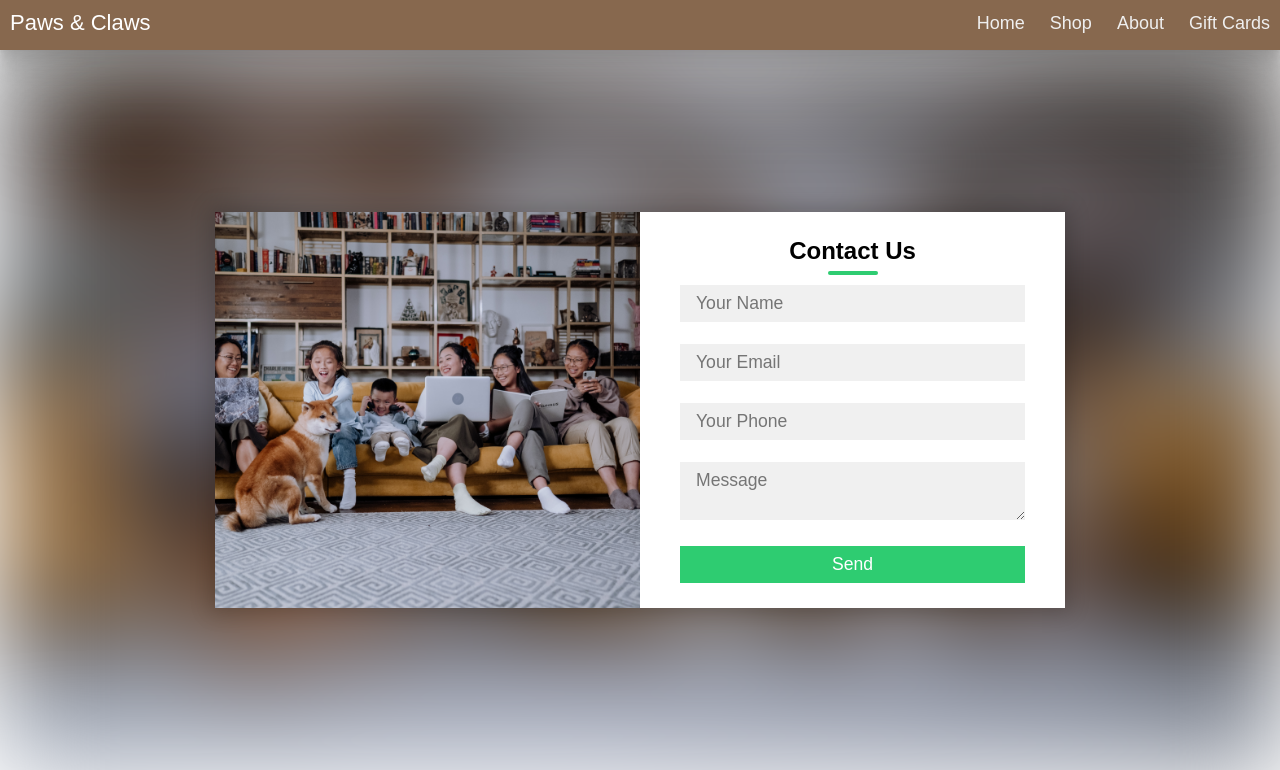
Repository: LtGriff/petProject
Page: dist/contact.html
The author's editor kept a copy of each file at every save. The page is drawn from the files as they stood at one save, then again after a run of saves.
The browser window is 1280 px wide. The pictures show the whole page.

Above is the page before, as saved 2022-05-19 05:03:20.
Console error: SyntaxError: Unexpected token ':'

### dist/contact.html
<!DOCTYPE html>
<html lang="en">
<head>
    <meta charset="UTF-8">
    <meta http-equiv="X-UA-Compatible" content="IE=edge">
    <meta name="viewport" content="width=device-width, initial-scale=1.0">
    <title>Let's Connect!</title>
    <link rel="stylesheet" type="text/css" href="../CSS/contact.css">
</head>
<body>

<!--NAV RIGHT SIDE-->

<div class="nav">
    <input type="checkbox" id="nav-check">
    <div class="nav-header">
      <div class="nav-title">
        Paws & Claws
      </div>
    </div>
    <div class="nav-btn">
      <label for="nav-check">
        <span></span>
        <span></span>
        <span></span>
      </label>
    </div>

    <div class="nav-links">
      <a href="index.html" target="">Home</a>
      <a href="shop.html" target="_blank">Shop</a>
      <a href="about.html" target="_blank">About</a>
      <a href="giftcard.html" target="_blank">Gift Cards</a>
    </div>
  </div>











<!-- partial -->
  <script  src="./script.js"></script>



    <div class="container">
        <div class="contact-box">
        <div class="left"></div>
        <div class="right">
            <h2>Contact Us</h2>
            <input type="text" class="field" placeholder="Your Name">
            <input type="email" class="field" placeholder="Your Email">
            <input type="text" class="field" placeholder="Your Phone">
            <textarea class="field" placeholder="Message"></textarea>
            <button class="btn">Send</button>
        </div>
        </div>
        </div>

</body>
</html>

### dist/CSS/contact.css
*{
    padding: 0;
    margin: 0;
    box-sizing: border-box;
    font-family: 'quicksand', sans-serif;
    box-sizing: border-box;
}

body{
    width: 100%;
    height: 100vh;
}

.container{
    position: relative;
    display: flex;
    justify-content: center;
    align-items: center;
    width: 100%;
    height: 100%;
    padding: 20px 100;
}

.container:after{
    content: '';
    position: absolute;
    left: 0;
    top: 0;
    width: 100%;
    height: 100%;
    background: url("../img/dogphone.jpg") no-repeat center;
    background-size: cover;
    z-index: -100;
    filter: blur(50px);
}

.contact-box{
    max-width: 850px;
    display: grid;
    grid-template-columns: repeat(2,1fr);
    justify-content: center;
    align-items: center;
    text-align: center;
    background-color: #fff;
    box-shadow: 0px 0px 19px 5px rgba(0, 0, 0, 0.19);
}

.left{
    height: 100%;
    background: url("../img/dogphone.jpg") no-repeat center;
    background-size: cover;
}

.right{
    padding: 25px 40px;
}

h2{
    position: relative;
    padding-bottom: 10px;
    margin-bottom: 10px;
}

h2:after{
    content: '';
    position: absolute;
    left: 50%;
    bottom: 0;
    transform: translateX(-50%);
    height: 4px;
    width: 50px;
    border-radius: 2px;
    background-color: #2ecc71;
}

.field{
    width: 100%;
    padding: 0.5rem 1rem;
    outline: none;
    border: 2px; solid rgba(0, 0, 0, 0);
    background-color: rgba(230, 230, 230, 0.6);
    font-size: 1.1rem;
    margin-bottom: 22px;
    transition: .3s;
}

.field:hover{
    background-color: rgba(0, 0, 0, 0.1);
}

.field:focus{
    background-color: #fff;
    border: 2px solid rgba(30, 85, 250, 0.47);

}

.area{
    min-height: 150px;
}

.btn{
    width: 100%;
    padding: 0.5rem 1rem;
    font-size: 1.1rem;
    background-color: #2ecc71;
    cursor: pointer;
    outline: none;
    border: none;
    color: #fff;
    transition: .3s;
}

.btn:hover{
    background-color: #27ae60;
}









/** NAV BAR **/

* {
  box-sizing: border-box;
}

body {
  margin: 0px;
  font-family: 'segoe ui';
}

.nav {
  height: 50px;
  width: 100%;
  background-color: #87684e;

/**
  opacity: .5;
  filter: alpha(opacity=50);
  position: relative;**/
  /* z-index: ; */


  box-shadow:
  0 2.8px 2.2px rgba(0, 0, 0, 0.034),
  0 6.7px 5.3px rgba(0, 0, 0, 0.048),
  0 12.5px 10px rgba(0, 0, 0, 0.06),
  0 22.3px 17.9px rgba(11, 4, 4, 0.072),
  0 41.8px 33.4px rgba(0, 0, 0, 0.086),
  0 100px 80px rgba(0, 0, 0, 0.12);
}

.nav > .nav-header {
  display: inline;
}

.nav > .nav-header > .nav-title {
  display: inline-block;
  font-size: 22px;
  color: #fff;
  padding: 10px 10px 10px 10px;
}

.nav > .nav-btn {
  display: none;
}

.nav > .nav-links {
  display: inline;
  float: right;
  z-index: 9;
  font-size: 18px;
}

.nav > .nav-links > a {
  display: inline-block;
  padding: 13px 10px 13px 10px;
  text-decoration: none;
  color: #efefef;
}

.nav > .nav-links > a:hover {
  background-color: rgba(0, 0, 0, 0.3);
}

.nav > #nav-check {
  display: none;
}

@media (max-width:600px) {
  .nav > .nav-btn {
    display: inline-block;
    position: absolute;
    right: 0px;
    top: 0px;
  }
  .nav > .nav-btn > label {
    display: inline-block;
    width: 50px;
    height: 50px;
    padding: 13px;
  }
  .nav > .nav-btn > label:hover,.nav  #nav-check:checked ~ .nav-btn > label {
    background-color: rgba(0, 0, 0, 0.3);
  }
  .nav > .nav-btn > label > span {
    display: block;
    width: 25px;
    height: 10px;
    border-top: 2px solid #eee;
  }
  .nav > .nav-links {
    position: absolute;
    display: block;
    width: 100%;
    background: rgb(234,212,189);
    background: linear-gradient(7deg, rgba(234,212,189,1) 0%, rgba(204,175,140,1) 24%, rgba(191,161,124,1) 64%, rgba(135,104,78,1) 98%);
    height: 0px;
    transition: all 0.3s ease-in;
    overflow-y: hidden;
    top: 50px;
    left: 0px;
  }
  .nav > .nav-links > a {
    display: block;
    width: 100%;
  }
  .nav > #nav-check:not(:checked) ~ .nav-links {
    height: 0px;
  }
  .nav > #nav-check:checked ~ .nav-links {
    height: calc(28vh - 50px);
    overflow-y: auto;
  }
}

@media screen and (max-width:880px){

    .contact-box{
        grid-template-columns: 1fr;
    }

    .left{
        height: 200px;
    }
}
**/

### dist/script.js
const menuToggle = document.querySelector('.toggle');
      const showcase = document.querySelector('.showcase');

      menuToggle.addEventListener('click', () => {
        menuToggle.classList.toggle('active');
        showcase.classList.toggle('active');
      })

// product shop page images

const shop = [
  {
    image: 'img.catpink.jpg',
    price: '0.56',
    description: "Weruvacat Food"
  },

  {
    image:
    price:
    description:
  },
































]


let postHTML = " ";


for (let i = 0; i < shop.length; i++) {
    let heading = '<div class="product col-sm-6 col-md-4 col-lg-3">';
    let image = '<img class="img-fluid mb-4" src="' + shop[i].image + '"/';
    let price = '<div><p>' + '<span class="price"> $' + shop[i].price + '</span>';
    let description = shop[i].description + '</p><a class="cart" href="#"><i class="fas fa-cart-plus"></i></a> <a class="view" href="#" target="_blank"> View Item</a></div></div>';
    let concatThis = heading + image + price + description;
    postHTML = postHTML + concatThis;
  }
document.getElementById('market').innerHTML = postHTML;

### dist/index.html
<!DOCTYPE html>
<html lang="en" >
<head>
  <meta charset="UTF-8">
  <title>Animal House | Pet Store</title>
  <link rel="stylesheet" href="../CSS/style.css">

</head>
<body>
<!-- partial:index.partial.html -->

  <section class="showcase">
    <header>
      <h2 class="logo">Paws & Claws</h2>
      <div class="toggle"></div>
    </header>
    <video src="../img/dogbeach.mp4" muted loop autoplay></video>
    <div class="overlay"></div>
    <div class="text">
      <h2> </h2>
      <h3>Adopt & Shop</h3>
      <p>Our friendly neighborhood pet store has adoptable pets ranging from guinea pigs, reptiles & fish to kittens, puppies & rabbits. For more than 25 years, we have matched abandoned & surrendered animals with safe & loving caregivers, and we strive to ensure every pet we care for is loved and given the attention they deserve. If you're looking to adopt a pet, there's no better choice than Animal House. We're the pet store with a heart and a conscience..</p>
      <a href="contact.html">Lets Connect</a>
    </div>
    <ul class="social">
      <li><a href="https://www.facebook.com/AnimalHouseCincinnati/">
        <img src="https://i.ibb.co/x7P24fL/facebook.png"></a></li>

      <li><a href="https://twitter.com/SPCACincinnati">
        <img src="https://i.ibb.co/Wnxq2Nq/twitter.png"></a></li>

      <li><a href="https://www.instagram.com/animalhousecincinnati/?hl=en">
        <img src="https://i.ibb.co/ySwtH4B/instagram.png"></a></li>
    </ul>
  </section>


  <!--NAV RIGHT SIDE-->

  <div class="menu">
    <ul>
      <li><a href="shop.html">Shop</a></li>
      <li><a href="about.html">About</a></li>
      <li><a href="contact.html">Contact</a></li>
      <li class="nav-item">
        <a class="nav-link" href="giftcard.html">Gift Cards</a>
    </li>
    </ul>
  </div>
<!-- partial -->
  <script  src="./script.js"></script>


</body>
</html>

After the next 3 saves:
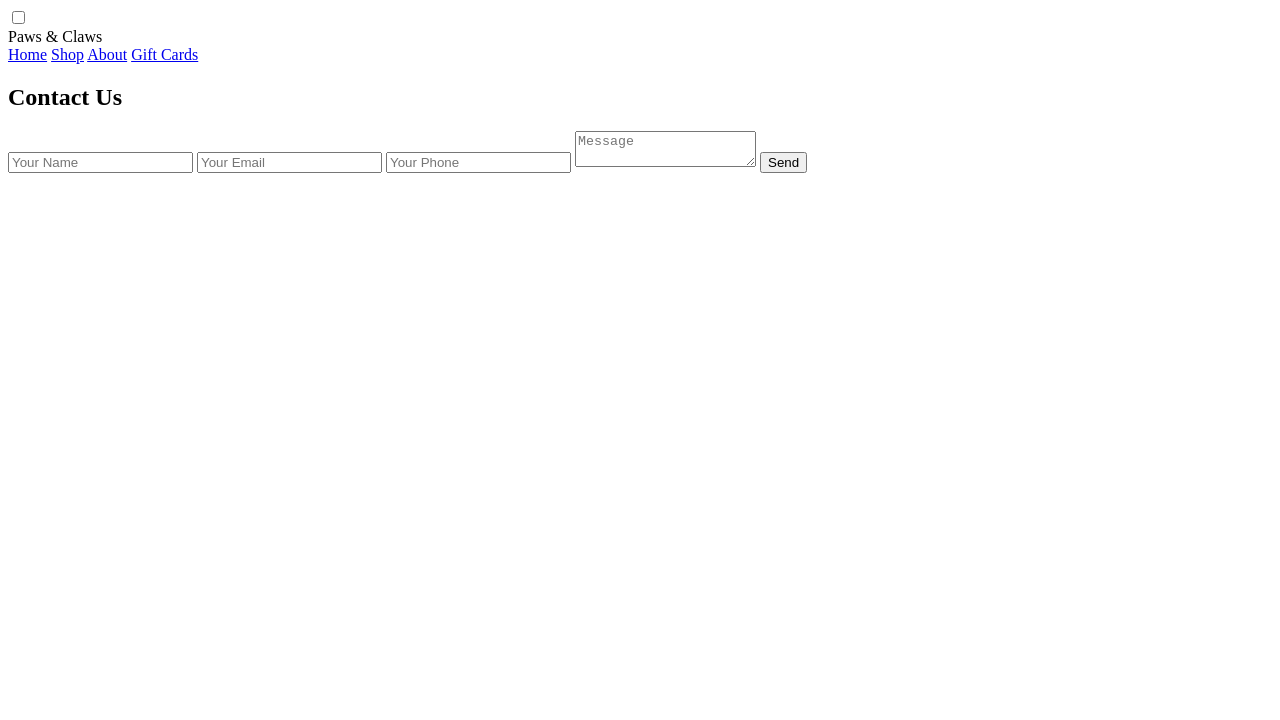
The 3 saves are shown as one change because they came seconds apart.
The last was saved 3 min 44 s later.
--- a/dist/contact.html
+++ b/dist/contact.html
@@ -5,7 +5,7 @@
     <meta http-equiv="X-UA-Compatible" content="IE=edge">
     <meta name="viewport" content="width=device-width, initial-scale=1.0">
     <title>Let's Connect!</title>
-    <link rel="stylesheet" type="text/css" href="../CSS/contact.css">
+    <link rel="stylesheet" type="text/css" href="../">
 </head>
 <body>
 
